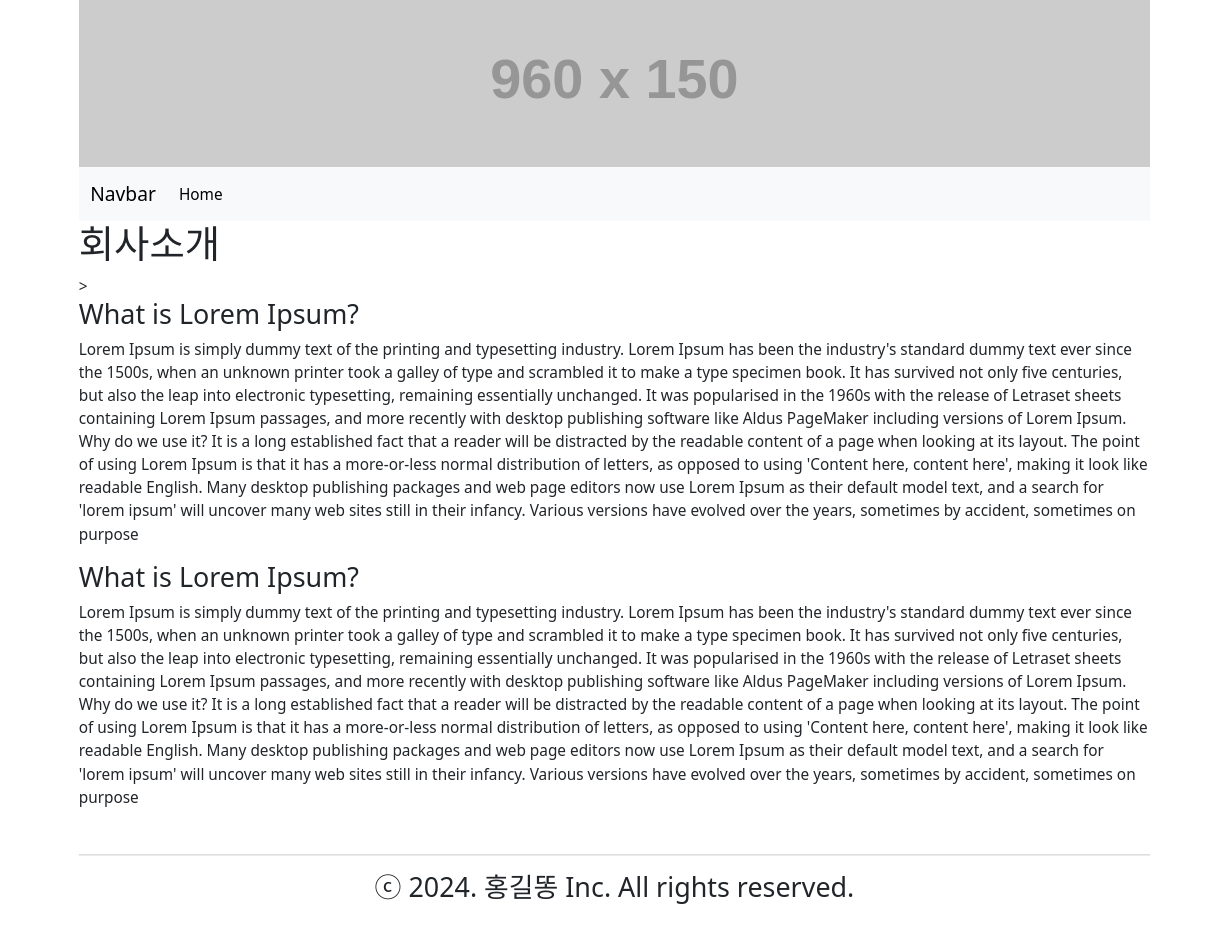
Repository: laonmiku/jsp
Page: http://localhost/ex01/
The author's editor kept a copy of each file at every save. The page is drawn from the files as they stood at one save, then again after the next save.
The browser window is 1280 px wide. The pictures show the whole page, at 96% of full size.
The page is served by Tomcat 9. Other server files are loaded and not shown.

Above is the page before, as saved 2024-04-29 02:08:35.

### ex01/src/main/webapp/home.jsp
<%@ page language="java" contentType="text/html; charset=UTF-8"
    pageEncoding="UTF-8"%>
<!DOCTYPE html>
<html>
<head>
<script src="https://cdn.jsdelivr.net/npm/bootstrap@5.3.3/dist/js/bootstrap.bundle.min.js" integrity="sha384-YvpcrYf0tY3lHB60NNkmXc5s9fDVZLESaAA55NDzOxhy9GkcIdslK1eN7N6jIeHz" crossorigin="anonymous"></script>
<link href="https://cdn.jsdelivr.net/npm/bootstrap@5.3.3/dist/css/bootstrap.min.css" rel="stylesheet" integrity="sha384-QWTKZyjpPEjISv5WaRU9OFeRpok6YctnYmDr5pNlyT2bRjXh0JMhjY6hW+ALEwIH" crossorigin="anonymous">
<meta charset="UTF-8">
<title>홈페이지</title>
</head>
<body>
	<div class="container">
		<jsp:include page="top.jsp"/>
		<jsp:include page="menu.jsp"/>
		<jsp:include page="about.jsp"/>
		<jsp:include page="bottom.jsp"/>

	</div>

</body>
</html>

### ex01/src/main/webapp/top.jsp
<%@ page language="java" contentType="text/html; charset=UTF-8"
    pageEncoding="UTF-8"%>

<div>


   <img src="http://via.placeholder.com/960x150" width=100%>
</div>

### ex01/src/main/webapp/menu.jsp
<%@ page language="java" contentType="text/html; charset=UTF-8"
    pageEncoding="UTF-8"%>

    <nav class="navbar navbar-expand-lg bg-body-tertiary">
  <div class="container-fluid">
    <a class="navbar-brand" href="#">Navbar</a>
    <button class="navbar-toggler" type="button" data-bs-toggle="collapse" data-bs-target="#navbarNav" aria-controls="navbarNav" aria-expanded="false" aria-label="Toggle navigation">
      <span class="navbar-toggler-icon"></span>
    </button>
    <div class="collapse navbar-collapse" id="navbarNav">
      <ul class="navbar-nav">
        <li class="nav-item">
          <a class="nav-link active" aria-current="page" href="#">Home</a>
        </li>

      </ul>
    </div>
  </div>
</nav>

### ex01/src/main/webapp/about.jsp
<%@ page language="java" contentType="text/html; charset=UTF-8"
    pageEncoding="UTF-8"%>

<div>
	<h1>회사소개</h1>>
	<h3>What is Lorem Ipsum?</h3>
	<p>
		Lorem Ipsum is simply dummy text of the printing and typesetting industry. Lorem Ipsum has been the industry's standard dummy text ever since the 1500s, when an unknown printer took a galley of type and scrambled it to make a type specimen book. It has survived not only five centuries, but also the leap into electronic typesetting, remaining essentially unchanged. It was popularised in the 1960s with the release of Letraset sheets containing Lorem Ipsum passages, and more recently with desktop publishing software like Aldus PageMaker including versions of Lorem Ipsum.
		Why do we use it?
		It is a long established fact that a reader will be distracted by the readable content of a page when looking at its layout. The point of using Lorem Ipsum is that it has a more-or-less normal distribution of letters, as opposed to using 'Content here, content here', making it look like readable English. Many desktop publishing packages and web page editors now use Lorem Ipsum as their default model text, and a search for 'lorem ipsum' will uncover many web sites still in their infancy. Various versions have evolved over the years, sometimes by accident, sometimes on purpose
	</p>
	<h3>What is Lorem Ipsum?</h3>
	<p>
		Lorem Ipsum is simply dummy text of the printing and typesetting industry. Lorem Ipsum has been the industry's standard dummy text ever since the 1500s, when an unknown printer took a galley of type and scrambled it to make a type specimen book. It has survived not only five centuries, but also the leap into electronic typesetting, remaining essentially unchanged. It was popularised in the 1960s with the release of Letraset sheets containing Lorem Ipsum passages, and more recently with desktop publishing software like Aldus PageMaker including versions of Lorem Ipsum.
		Why do we use it?
		It is a long established fact that a reader will be distracted by the readable content of a page when looking at its layout. The point of using Lorem Ipsum is that it has a more-or-less normal distribution of letters, as opposed to using 'Content here, content here', making it look like readable English. Many desktop publishing packages and web page editors now use Lorem Ipsum as their default model text, and a search for 'lorem ipsum' will uncover many web sites still in their infancy. Various versions have evolved over the years, sometimes by accident, sometimes on purpose
	</p>
</div>

### ex01/src/main/webapp/bottom.jsp
<%@ page language="java" contentType="text/html; charset=UTF-8"
    pageEncoding="UTF-8"%>

<div class="text-center my-5">
	<hr>
	<h3>ⓒ 2024. 홍길똥 Inc. All rights reserved.</h3>
</div>

### ex01/src/main/java/controller/IndexServlet.java
package controller;

import java.io.IOException;

import javax.servlet.RequestDispatcher;
import javax.servlet.ServletException;
import javax.servlet.annotation.WebServlet;
import javax.servlet.http.HttpServlet;
import javax.servlet.http.HttpServletRequest;
import javax.servlet.http.HttpServletResponse;


@WebServlet("/")
public class IndexServlet extends HttpServlet {
	private static final long serialVersionUID = 1L;


	protected void doGet(HttpServletRequest request, HttpServletResponse response) throws ServletException, IOException {
		System.out.println("/.............");
		RequestDispatcher dis = request.getRequestDispatcher("/home.jsp");
		dis.forward(request, response);
	}


	protected void doPost(HttpServletRequest request, HttpServletResponse response) throws ServletException, IOException {


	}

}

After the next save:
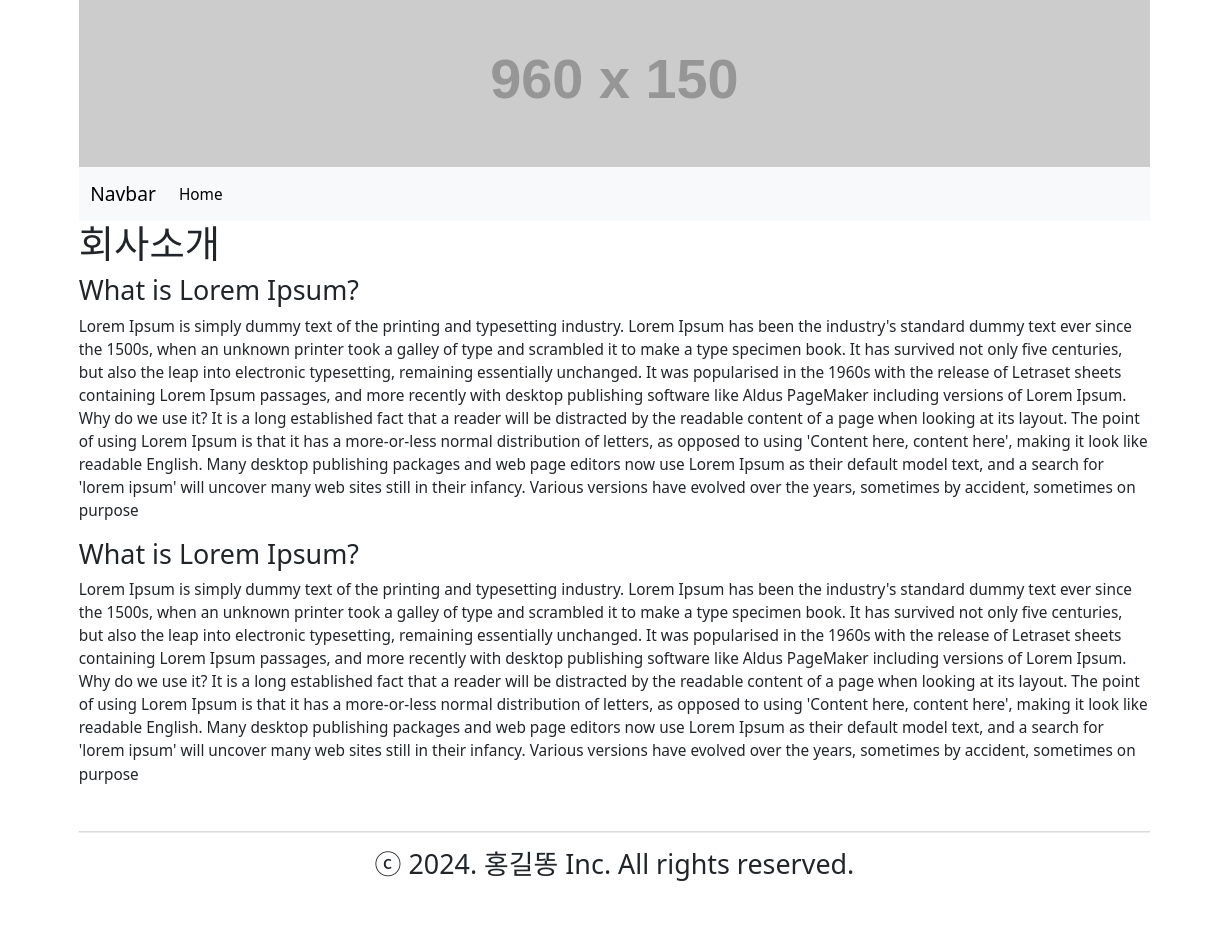
Saved 66 s later.
--- a/ex01/src/main/webapp/about.jsp
+++ b/ex01/src/main/webapp/about.jsp
@@ -2,7 +2,7 @@
     pageEncoding="UTF-8"%>
 
 <div>
-	<h1>회사소개</h1>>
+	<h1>회사소개</h1>
 	<h3>What is Lorem Ipsum?</h3>
 	<p>
 		Lorem Ipsum is simply dummy text of the printing and typesetting industry. Lorem Ipsum has been the industry's standard dummy text ever since the 1500s, when an unknown printer took a galley of type and scrambled it to make a type specimen book. It has survived not only five centuries, but also the leap into electronic typesetting, remaining essentially unchanged. It was popularised in the 1960s with the release of Letraset sheets containing Lorem Ipsum passages, and more recently with desktop publishing software like Aldus PageMaker including versions of Lorem Ipsum.
